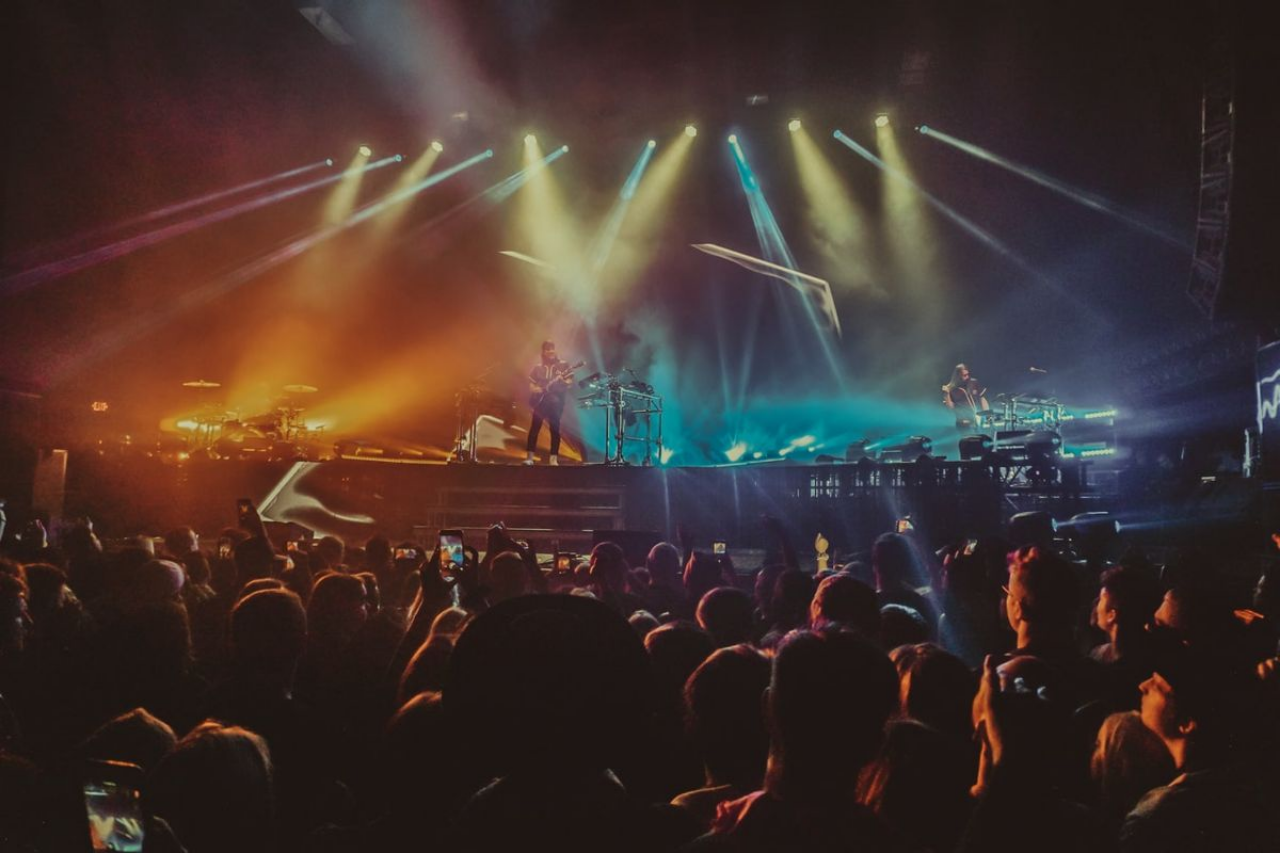
Repository: Hajimohammadi-KI/Web-Technologien
Page: index.html
These files come from the project's save history. The page is drawn as it stood at one moment and after the next save; the edit follows.
The browser window is 1280 px wide. The pictures show the whole page.

Above is the page before, as saved 2025-09-30 08:43:56.

### index.html
<!DOCTYPE html>
<html lang="en">
<head>
    <meta charset="UTF-8">
    <meta name="viewport" content="width=device-width, initial-scale=1.0">
    <link rel="stylesheet" href="Style.css">
    <title>Document</title>
</head>
<body>
    <img src="img/spotify-livestreaming-virtual-concerts-feat.jpeg"
    alt="Musicians performing on a brightly lit stage with colorful spotlights and smoke effects, viewed by a large enthusiastic audience holding up phones in a dark concert hall, creating an energetic and lively atmosphere" class="responsive-img">
</body>
</html>

### Style.css
/*
    Styles for responsive images.
    The .responsive-img class is intended to make images scale appropriately
    to fit their container while maintaining aspect ratio.
    Apply this class to <img> elements to ensure they are responsive
    across different screen sizes and devices.
*/
img.responsive-img {
  width: 100%; /* [translate:عرض تصویر همیشه برابر با عرض عنصر والد خواهد بود] */
  height: auto; /* [translate:نسبت ابعاد تصویر حفظ می‌شود] */
  max-width: 100vw; /* [translate:تصویر هیچ‌گاه از عرض پنجره مرورگر بزرگ‌تر نمی‌شود] */
  display: block; /* [translate:فضای اضافی پایین عکس حذف می‌شود] */
}

@media (max-width: 600px) {
  img.responsive-img {
    max-width: 100%; /* [translate:در صفحات کوچک، حداکثر عرض تصویر برابر با عنصر والد می‌شود] */
  }
}

 body {
  font-family: Arial, sans-serif; /* [translate:تنظیم فونت پیش‌فرض برای کل صفحه] */
  margin: 0; /* [translate:حذف حاشیه پیش‌فرض مرورگر] */
  padding: 0; /* [translate:حذف فاصله داخلی پیش‌فرض مرورگر] */
  box-sizing: border-box; /* [translate:شامل کردن حاشیه و پدینگ در محاسبه عرض و ارتفاع عناصر] */
  background: url("img/spotify-livestreaming-virtual-concerts-feat.jpeg");
  background-position: center; /* [translate:تنظیم موقعیت پس‌زمینه در مرکز] */
  background-repeat: no-repeat; /* [translate:عدم تکرار تصویر پس‌زمینه] */
  background-size: cover; /* [translate:پوشش کامل پس‌زمینه] */
}

After the next save:
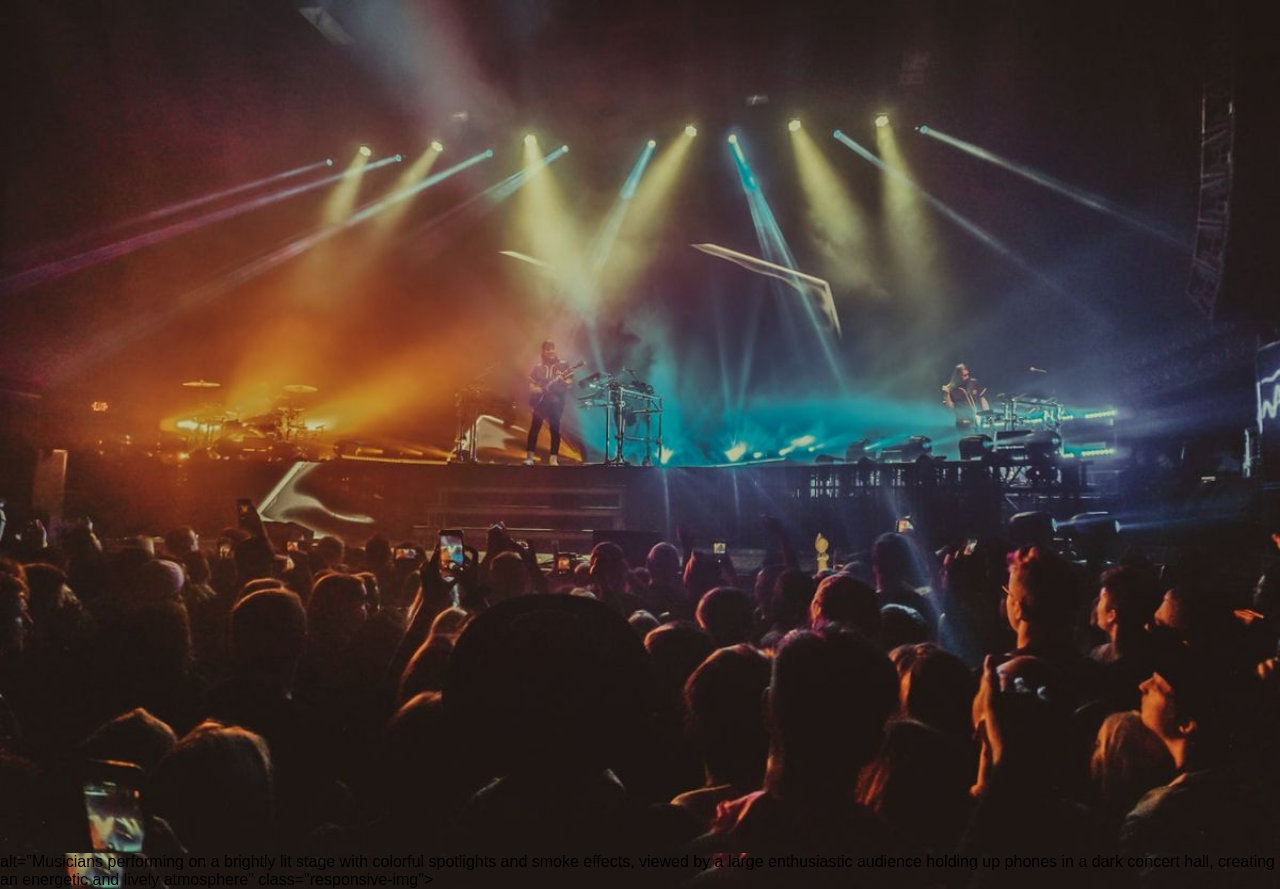
Saved 4 h 0 min later.
--- a/index.html
+++ b/index.html
@@ -8,6 +8,7 @@
 </head>
 <body>
     <img src="img/spotify-livestreaming-virtual-concerts-feat.jpeg"
+    alt=Musicians performing on a brightly lit stage with colorful spotlights and smoke effects while a large enthusiastic audience watches and records the event with their phones in a dark concert hall filled with energy and excitement class="responsive-img">
     alt="Musicians performing on a brightly lit stage with colorful spotlights and smoke effects, viewed by a large enthusiastic audience holding up phones in a dark concert hall, creating an energetic and lively atmosphere" class="responsive-img">
 </body>
 </html>
